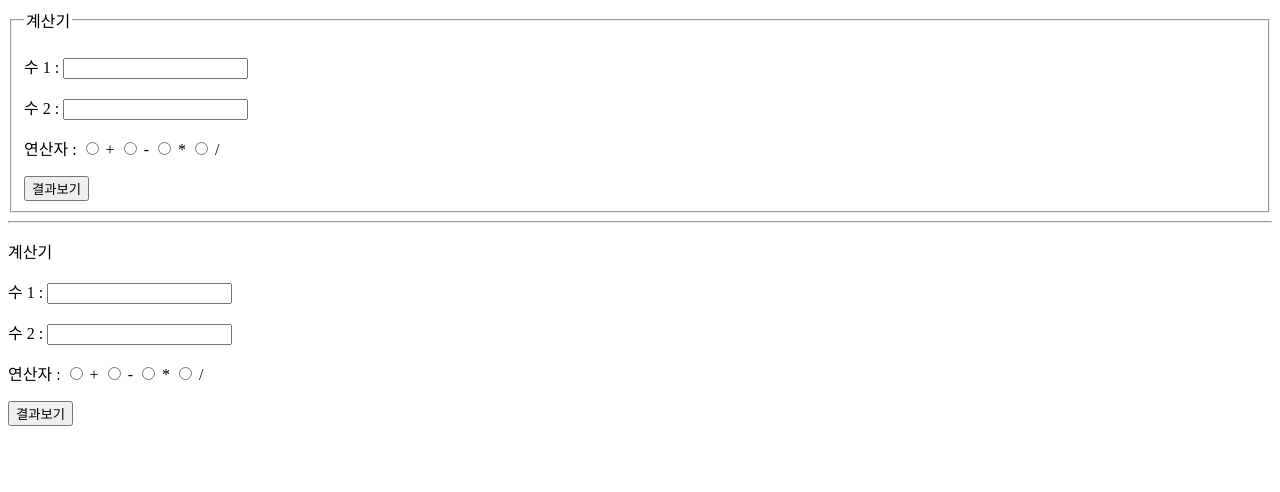
Repository: wjsjsn/23_jspstudy
Page: 01_servlet/src/main/webapp/view/ex07.html
The author's editor kept a copy of each file at every save. The page is drawn from the files as they stood at one save, then again after the next save.
The browser window is 1280 px wide. The pictures show the whole page.

Above is the page before, as saved 2023-06-30 04:13:22.

### 01_servlet/src/main/webapp/view/ex07.html
<!DOCTYPE html>
<html>
<head>
<meta charset="UTF-8">
<title>Insert title here</title>
<style type="text/css">

</style>
</head>
<body>
	<div>
	<form action="01_servlet/Ex07" method="get">
	<fieldset>
	<legend>계산기</legend>
		<p><label>수 1 : </label><input type="number" name="su1" id="su1" required></p>
		<p><label>수 2 : </label><input type="number" name="su2" id="su2" required></p>
		<p>
        <label>연산자 : </label>
		<input type="radio"> +
		<input type="radio"> -
		<input type="radio"> *
		<input type="radio"> /
		</p>
		<input type="submit" value="결과보기">
		</fieldset>
		</form>
		</div>
		<hr>

	<p id="title">계산기</p>
		<p><label>수 1 : </label><input type="number" name="su1" id="su1" required></p>
		<p><label>수 2 : </label><input type="number" name="su2" id="su2" required></p>
		<p>
        <label>연산자 : </label>
		<input type="radio"> +
		<input type="radio"> -
		<input type="radio"> *
		<input type="radio"> /
		</p>
		<input type="submit" value="결과보기">

</body>
</html>

After the next save:
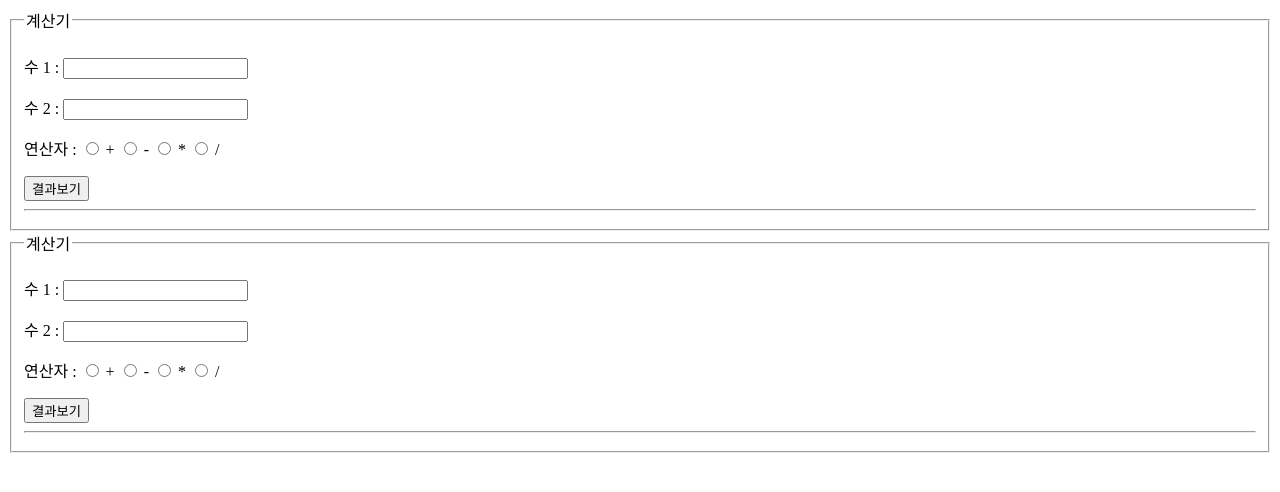
Saved 44 s later.
--- a/01_servlet/src/main/webapp/view/ex07.html
+++ b/01_servlet/src/main/webapp/view/ex07.html
@@ -12,8 +12,8 @@
 	<form action="01_servlet/Ex07" method="get">
 	<fieldset>
 	<legend>계산기</legend>
-		<p><label>수 1 : </label><input type="number" name="su1" id="su1" required></p>
-		<p><label>수 2 : </label><input type="number" name="su2" id="su2" required></p>
+		<p><label for="su1">수 1 : </label><input type="number" name="su1" id="su1" required></p>
+		<p><label for="su2">수 2 : </label><input type="number" name="su2" id="su2" required></p>
 		<p>
         <label>연산자 : </label>
 		<input type="radio"> +
@@ -22,14 +22,15 @@
 		<input type="radio"> /
 		</p>
 		<input type="submit" value="결과보기">
+		<hr>
 		</fieldset>
 		</form>
 		</div>
-		<hr>
 
-	<p id="title">계산기</p>
-		<p><label>수 1 : </label><input type="number" name="su1" id="su1" required></p>
-		<p><label>수 2 : </label><input type="number" name="su2" id="su2" required></p>
+	<fieldset>
+	<legend>계산기</legend>
+		<p><label for="su1">수 1 : </label><input type="number" name="su1" id="su1" required></p>
+		<p><label for="su2">수 2 : </label><input type="number" name="su2" id="su2" required></p>
 		<p>
         <label>연산자 : </label>
 		<input type="radio"> +
@@ -38,6 +39,11 @@
 		<input type="radio"> /
 		</p>
 		<input type="submit" value="결과보기">
+		<hr>
+		</fieldset>
+		</form>
+		</div>
+
 
 </body>
 </html>
